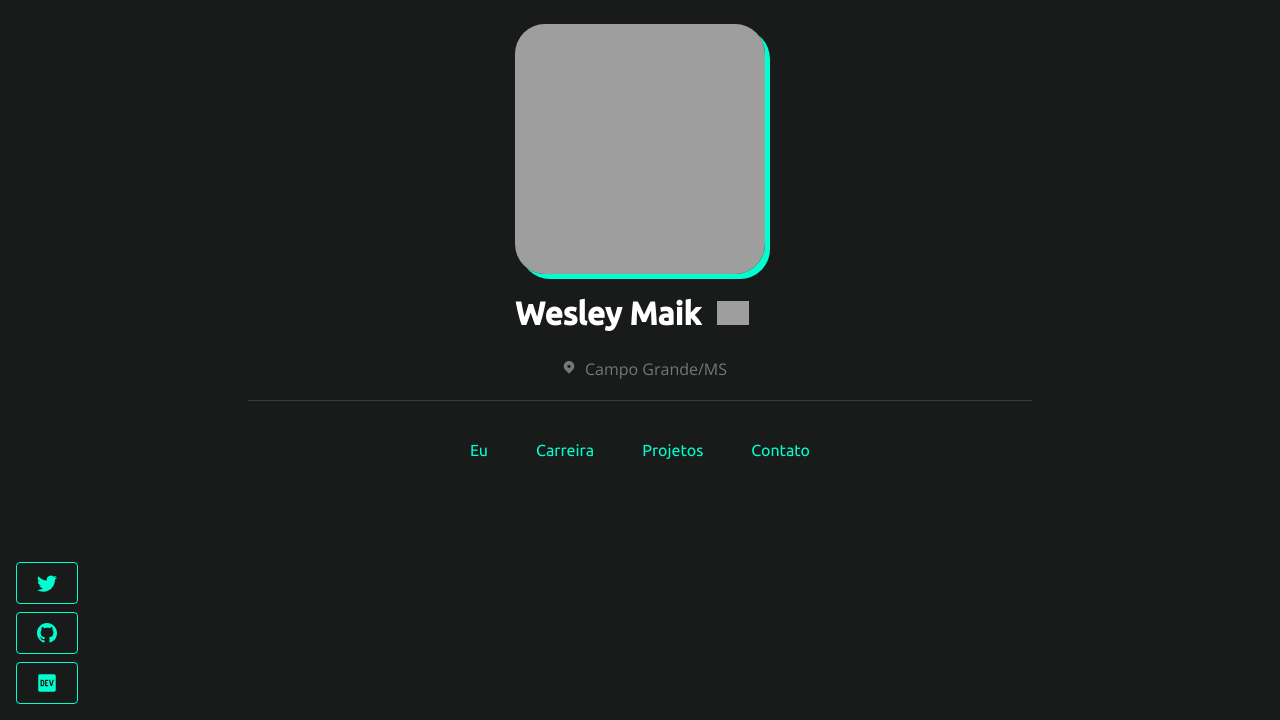
Repository: WesleyMaik/wesleymaik.github.io
Page: /
The author's editor kept a copy of each file at every save. The page is drawn from the files as they stood at one save, then again after the next save.
The browser window is 1280 px wide. The pictures show the whole page.
Pictures or frames that could not be fetched are drawn as grey boxes. The page's requests for data from a server got no answer. The project was rebuilt for these pictures with package versions that can differ from the ones it lists, and the page was loaded fresh each time. No one was signed in, and anything a server would have sent is missing. Also part of the build but not shown: vite.config.ts.

Above is the page before, as saved 2022-08-08 17:37:06.

After the next save:
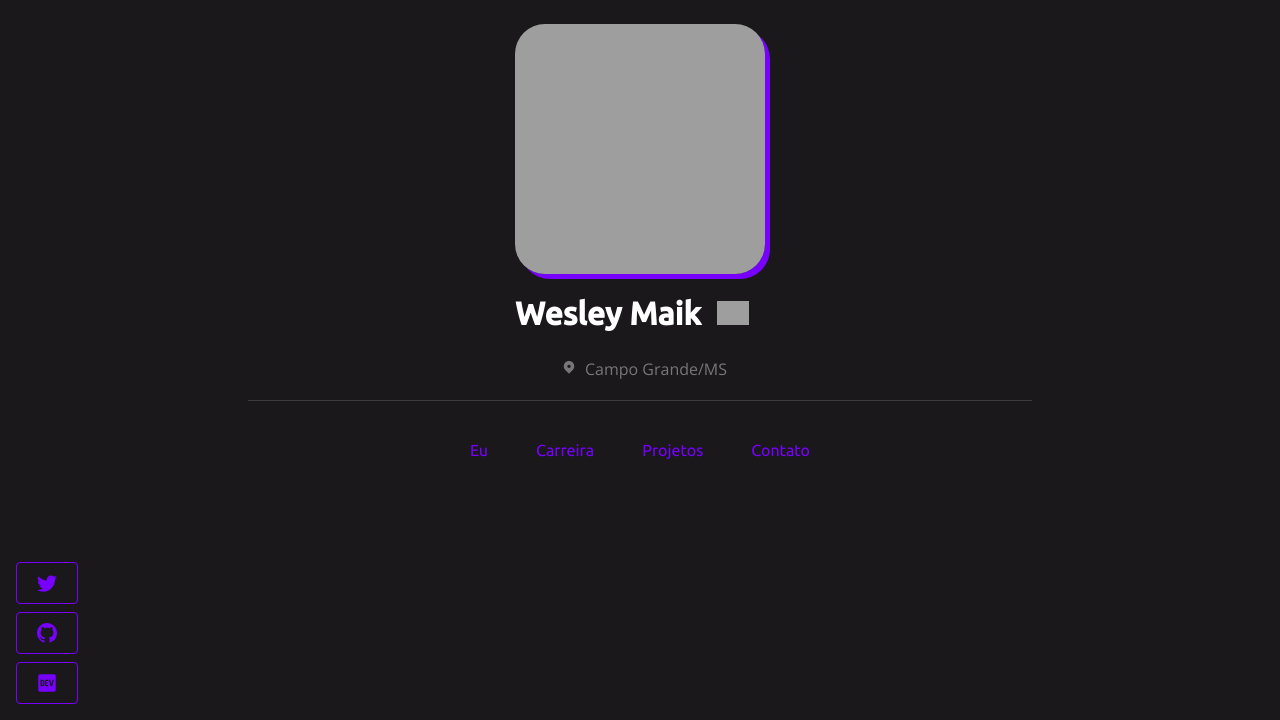
Saved 98 s later.
--- a/src/styles/global.scss
+++ b/src/styles/global.scss
@@ -2,12 +2,12 @@
 @import url('https://fonts.googleapis.com/css2?family=Open+Sans:wght@300;400;600&family=Poppins:wght@300;400;600&family=Roboto+Mono:wght@300;400;700&family=Ubuntu:wght@300;400;500&display=swap');
 
 :root{
-    --bg-primary:#181b19;
-    --bg-secundary:#2c372e;
+    --bg-primary:#1a181b;
+    --bg-secundary:#332c37;
     --color-default:#fff;
-    --color-primary:#00ffd0;
-    --color-secundary:#01dba4;
-    --color-fade:#01dba410;
+    --color-primary:#7700ff;
+    --color-secundary:#6701db;
+    --color-fade:#6001db10;
 }
 
 *{

After the save that followed:
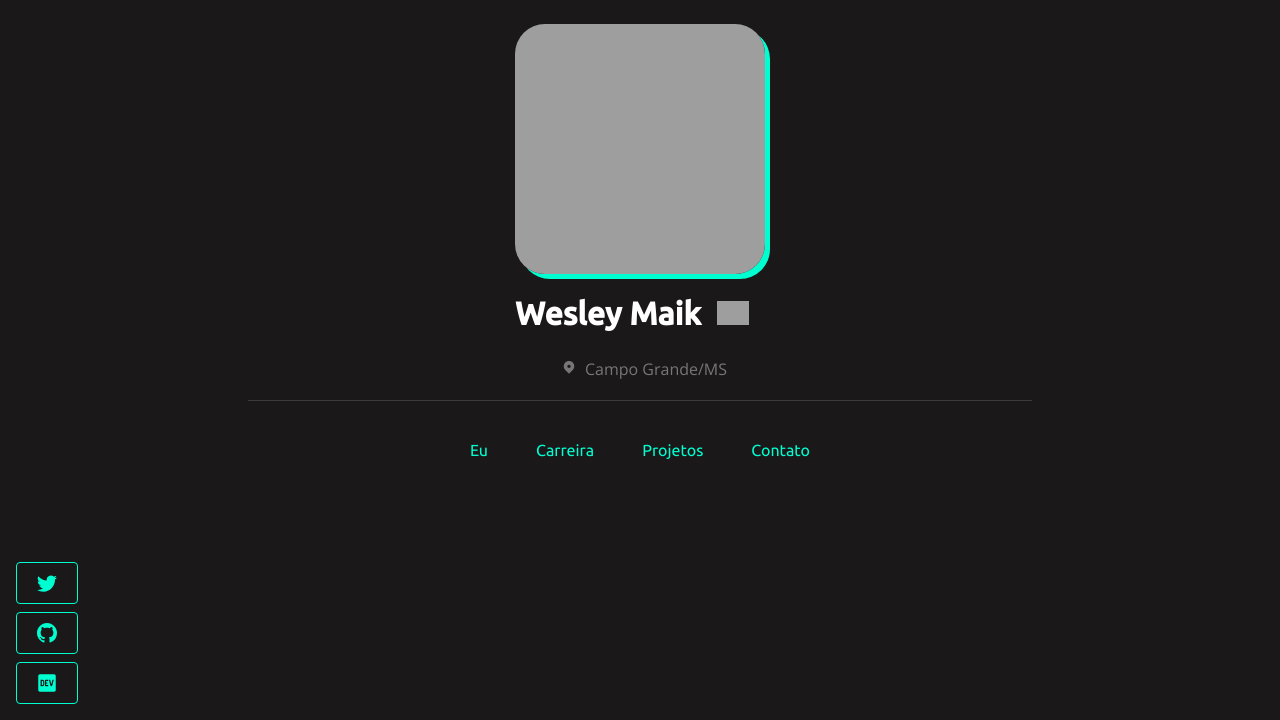
Saved 14 s later.
--- a/src/styles/global.scss
+++ b/src/styles/global.scss
@@ -2,12 +2,12 @@
 @import url('https://fonts.googleapis.com/css2?family=Open+Sans:wght@300;400;600&family=Poppins:wght@300;400;600&family=Roboto+Mono:wght@300;400;700&family=Ubuntu:wght@300;400;500&display=swap');
 
 :root{
-    --bg-primary:#1a181b;
-    --bg-secundary:#332c37;
+    --bg-primary:#1b181a;
+    --bg-secundary:#2c372e;
     --color-default:#fff;
-    --color-primary:#7700ff;
-    --color-secundary:#6701db;
-    --color-fade:#6001db10;
+    --color-primary:#00ffd0;
+    --color-secundary:#01dba4;
+    --color-fade:#01dba410;
 }
 
 *{
